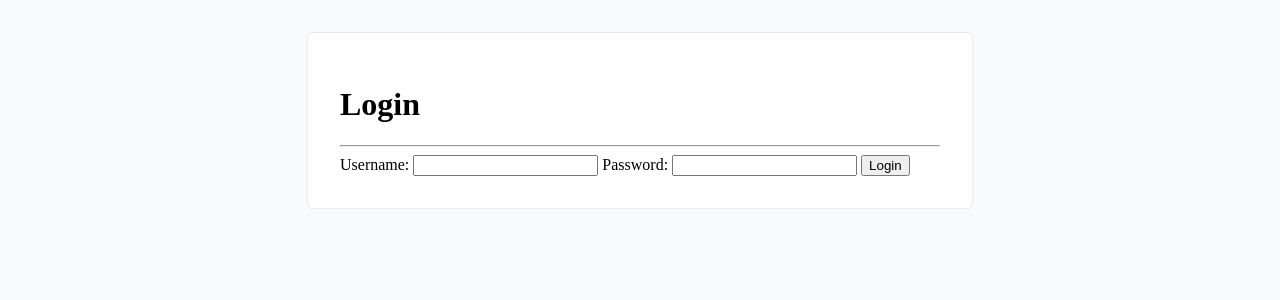
Repository: Ndifoinhilary/authentication
Page: http://localhost/auth/login/
An editor plug-in stored every save of this project. The page is shown before and after the next save, followed by the edit.
The browser window is 1280 px wide. The pictures show the whole page.
The page is served by the project's application, run on Django 3.2 (manage.py). Other server files are loaded and not shown.

Above is the page before, as saved 2024-01-05 06:46:29.

### Auth/templates/login.html
{% load static %}
<!DOCTYPE html>
<html>

<head>
    <meta charset='utf-8'>
    <meta http-equiv='X-UA-Compatible' content='IE=edge'>
    <title>Login page</title>
    <meta name='viewport' content='width=device-width, initial-scale=1'>

    <link rel='stylesheet' type='text/css' media='screen' href="{% static 'css/main.css' %}">

</head>

<body>

    <div id="form-wrapper">
        <h1>Login</h1>
        <hr>

        <form id="login-form">
            <label>Username:</label>
            <input type="text" name="username" />

            <label>Password:</label>
            <input type="password" name="password" />

            <input type="submit" value="Login" />
        </form>
    </div>

</body>

</html>

### Auth/views.py
# pylint: disable=unused-argument
from django.shortcuts import render, redirect
from django.contrib import messages
from django.contrib.auth import authenticate, login
from Auth.forms import RegistrationForm

# Create your views here.


def homePage(request):
    user = request.user
    return render(request, "home.html", {"user": user})


def registerUser(request):
    form = RegistrationForm()

    if request.method == "POST":
        form = RegistrationForm(request.POST)
        if form.is_valid():
            user = form.save(commit=False)
            user.email = user.email.lower()
            user.save()

            messages.success(request, "Your account has been created successfully")

            if user is not None:
                login(request, user)
                return redirect("home")
        else:
            messages.error(request, "Check your credentials and try again")
    return render(request, "register.html", {"form": form})


def loginUser(request):
    return render(request, "login.html")


def logoutUser(request):
    pass

### authentication/urls.py
from django.contrib import admin
from django.urls import path, include
from django.conf import settings
from django.conf.urls.static import static

urlpatterns = [path("admin/", admin.site.urls), path("", include("Auth.urls"))]


urlpatterns += static(settings.MEDIA_URL, document_root=settings.MEDIA_ROOT)
urlpatterns += static(settings.STATIC_URL, document_root=settings.MEDIA_ROOT)

### Auth/urls.py
# pylint: disable=trailing-whitespace
from django.urls import path

from . import views


urlpatterns = [
    path("", views.homePage, name="home"),
    path("auth/login/", views.loginUser, name="login"),
    path("auth/register/", views.registerUser, name="register"),
    path("auth/logout/", views.logoutUser, name="logout"),
]

### static/css/main.css
body{
    background-color: #f8fafb;
    margin: 0;
}

img{
    width:100%
}

#projects--wrapper{
    max-width:600px;
    margin:0 auto;
    margin-top:2em;
    border:1px solid #eaeaeb;
    background-color: #fff;
    border-radius: 5px;
}

.project--card{
    display: grid;
    grid-template-columns:1fr 3fr;
    gap:2em;
    margin-top:2em;
    padding: 1em;
    align-items: center;

}

.card--header{
    display: flex;
    align-items: center;
    gap:2em;
}

.project--card p{
    color: #737373;
}

.vote--option{
    font-size: 24px;
    color:#737373 ;
    cursor: pointer;
}

.vote--option:hover{
    color:#000;
}

#form-wrapper{
    max-width:600px;
    margin:0 auto;
    margin-top:2em;
    border:1px solid #eaeaeb;
    background-color: #fff;
    border-radius: 5px;
    padding:2em;
}

After the next save:
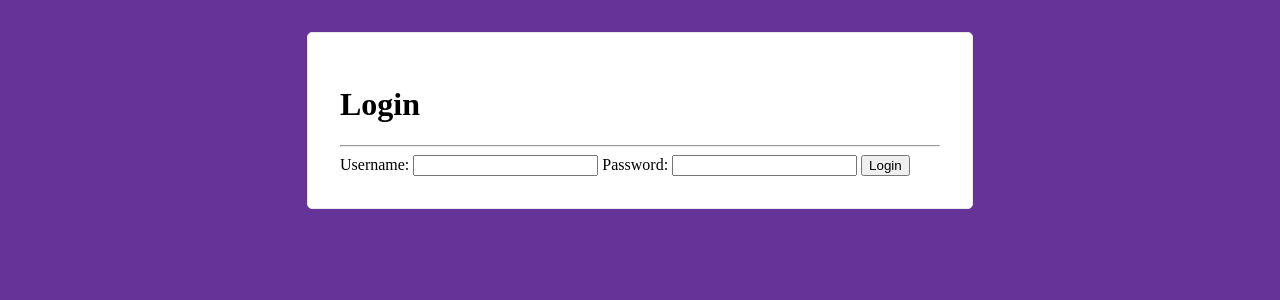
Saved 5 min 59 s later.
--- a/static/css/main.css
+++ b/static/css/main.css
@@ -1,6 +1,7 @@
 body{
     background-color: #f8fafb;
     margin: 0;
+    background: rebeccapurple;
 }
 
 img{
